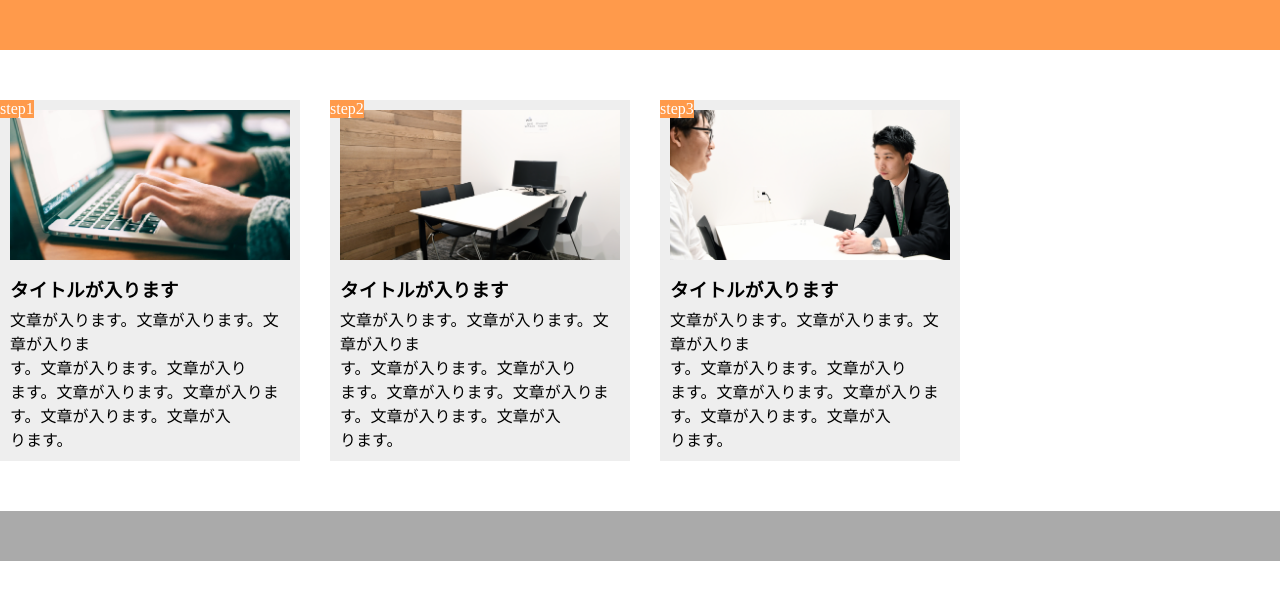
Repository: ryosei-110/HTML-CSS-
Page: 1-9exercise/1-9-2.html
The author's editor kept a record of every edit. The page is drawn from the files as they stood at one moment, then again after the next edit.
The browser window is 1280 px wide. The pictures show the whole page.

Above is the page before.

After the next edit:
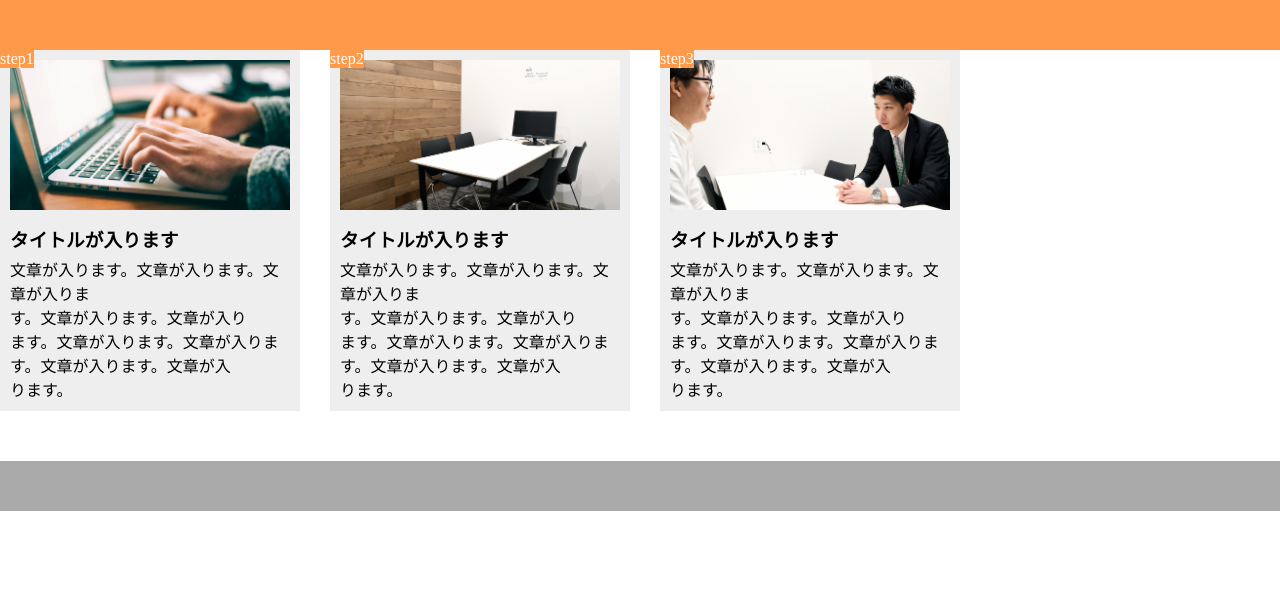
The edit:
--- a/1-9exercise/1-9-2.css
+++ b/1-9exercise/1-9-2.css
@@ -8,7 +8,6 @@
   background-color: #ff9a4b;
   width: 100%;
   height: 50px;
-  margin-bottom: 50px;
 }
 
 footer {
